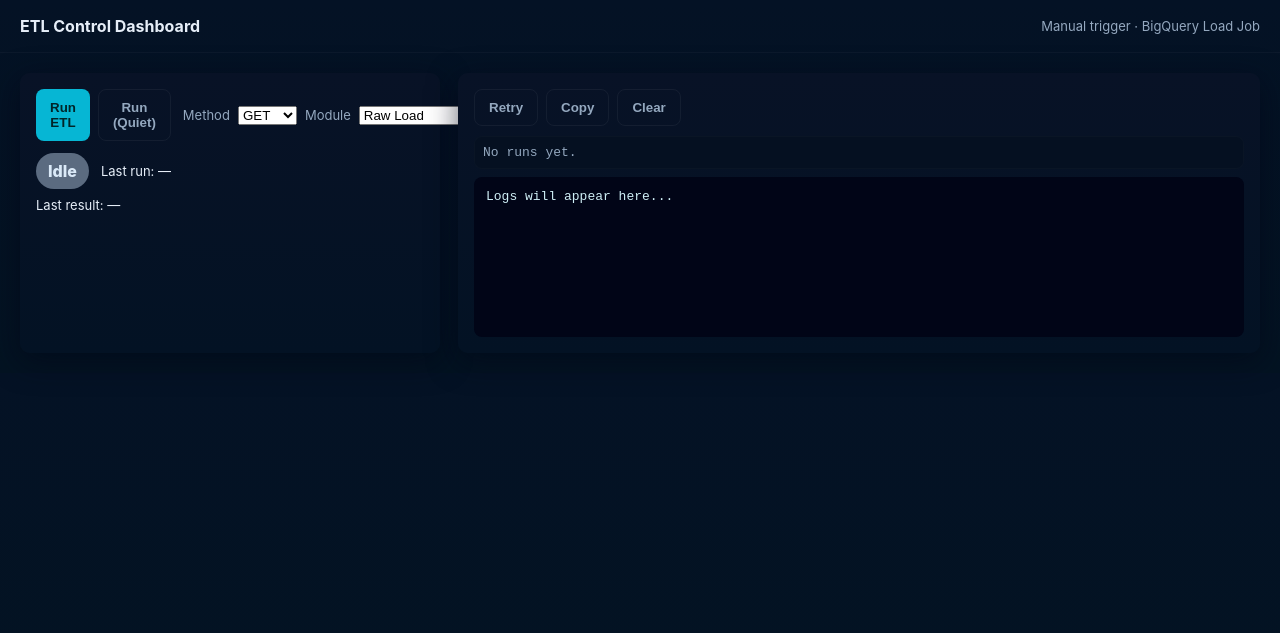
Repository: kbruhadesh/etl_files
Page: public/index.html
These files come from the project's save history. The page is drawn as it stood at one moment and after the next save; the edit follows.
The browser window is 1280 px wide. The pictures show the whole page.

Above is the page before, as saved 2025-11-27 01:28:49.

### public/index.html
<!DOCTYPE html>
<html lang="en">
<head>
  <meta charset="UTF-8" />
  <meta name="viewport" content="width=device-width, initial-scale=1.0" />
  <title>ETL Dashboard</title>
  <link rel="stylesheet" href="style.css" />
</head>

<body>

  <div class="topbar">
    <div class="title">ETL Control Dashboard</div>
    <div class="meta">Manual trigger · BigQuery Load Job</div>
  </div>

  <div class="container">

    <div class="panel">
      <div class="controls">
        <div class="left">
          <button class="btn primary" id="runBtn">Run ETL</button>
          <button class="btn ghost" id="runQuietBtn">Run (Quiet)</button>
        </div>

        <div class="right">
          <label class="small">Method</label>
          <select id="method">
            <option value="GET">GET</option>
            <option value="POST">POST</option>
          </select>

          <!-- ▼ INSERTED MODULE DROPDOWN -->
          <label class="small">Module</label>
          <select id="module">
            <option value="RAW_LOAD">Raw Load</option>
            <option value="TRANSFORM">Transform</option>
            <option value="CLEANING">Cleaning</option>
            <option value="BQ_LOAD">BigQuery Load</option>
            <option value="SUMMARY_REFRESH">Summary Refresh</option>
          </select>
          <!-- ▲ END INSERT -->

          <label class="small">Timeout (sec)</label>
          <input id="timeout" type="number" value="30" />

          <span id="serviceUrlShort"></span>
        </div>
      </div>

      <div class="status-row">
        <span id="statusPill" class="status status-wait">Idle</span>
        <span id="lastRun" class="status-info">Last run: —</span>
      </div>

      <div class="status-info" id="lastResult">Last result: —</div>
    </div>

    <div class="panel">
      <div class="log-actions">
        <button class="btn ghost" id="retryBtn">Retry</button>
        <button class="btn ghost" id="copyLogs">Copy</button>
        <button class="btn ghost" id="clearHistory">Clear</button>
      </div>

      <div class="history" id="historyList"></div>

      <div class="logbox" id="logBox">Logs will appear here...</div>
    </div>

  </div>

  <script src="script.js"></script>

</body>
</html>

### public/style.css
:root{
  --bg:#071022; --card:#081226; --muted:#94a8bf; --accent:#06b6d4;
  --ok:#0c934f; --fail:#aa2230; --wait:#5b6b80;
  font-family: Inter, system-ui, -apple-system, "Segoe UI", Roboto, Arial;
}
*{box-sizing:border-box}
body{margin:0;background:linear-gradient(180deg,#041225 0,#031322 100%);color:#e6eef8}
.topbar{padding:16px 20px;border-bottom:1px solid rgba(255,255,255,0.03);display:flex;justify-content:space-between;align-items:center}
.title{font-weight:700}
.meta{font-size:13px;color:var(--muted)}
.container{display:grid;grid-template-columns:420px 1fr;gap:18px;padding:20px}
.panel{background:linear-gradient(180deg,var(--card),#031224);border-radius:10px;padding:16px;box-shadow:0 8px 30px rgba(2,6,23,0.6)}
.controls{display:flex;justify-content:space-between;align-items:center;gap:12px;margin-bottom:12px}
.btn{padding:10px 14px;border-radius:8px;border:0;cursor:pointer;font-weight:700}
.btn.primary{background:var(--accent);color:#012529}
.btn.ghost{background:transparent;border:1px solid rgba(255,255,255,0.05);color:var(--muted)}
.left{display:flex;gap:8px}
.right{display:flex;gap:8px;align-items:center}
.small{font-size:13px;color:var(--muted)}
.status-row{display:flex;align-items:center;gap:12px;margin:8px 0}
.status{padding:8px 12px;border-radius:999px;font-weight:800}
.status-wait{background:var(--wait);color:#dbeaf8}
.status-ok{background:var(--ok);color:#e7fbef}
.status-fail{background:var(--fail);color:#ffdce0}
.status-info{font-size:13px}
.log-actions{display:flex;gap:8px;margin-bottom:10px}
.history{max-height:240px;overflow:auto;border-radius:8px;background:#051021;padding:8px;border:1px solid rgba(255,255,255,0.02);font-family:monospace;margin-bottom:8px}
.history .item{padding:8px;border-bottom:1px solid rgba(255,255,255,0.02);display:flex;justify-content:space-between;gap:8px;align-items:center}
.logbox{background:#010517;padding:12px;border-radius:8px;min-height:160px;overflow:auto;color:#cfeff6;font-family:monospace;font-size:13px}
.footer{padding:12px 20px;color:var(--muted);font-size:13px}
.muted{color:var(--muted);font-size:13px}

### public/script.js
// ===== CONFIG =====
const CLOUD_RUN_URL = "https://etl-transform-service-564878881238.asia-south1.run.app/";
// ==================

// Get UI elements
const runBtn = document.getElementById("runBtn");
const runQuietBtn = document.getElementById("runQuietBtn");
const retryBtn = document.getElementById("retryBtn");
const statusPill = document.getElementById("statusPill");
const lastRunEl = document.getElementById("lastRun");
const lastResult = document.getElementById("lastResult");
const logBox = document.getElementById("logBox");
const historyList = document.getElementById("historyList");
const copyLogsBtn = document.getElementById("copyLogs");
const clearHistoryBtn = document.getElementById("clearHistory");
const methodEl = document.getElementById("method");

// These two DO NOT exist in your HTML — so we skip them
const timeoutEl = { value: 30 };
const serviceUrlShort = null;

serviceUrlShort && (serviceUrlShort.textContent = CLOUD_RUN_URL.replace(/^https?:\/\//, "").replace(/\/$/, ""));

// Utility
function setStatus(text, cls="status-wait"){ statusPill.textContent = text; statusPill.className = "status " + cls; }
function ts(){ return new Date().toLocaleString(); }

function appendLog(msg){
  logBox.textContent = `[${ts()}] ${msg}\n\n` + logBox.textContent;
}

// History in localStorage
const HISTORY_KEY = "etl_dashboard_history";
function loadHistory(){ return JSON.parse(localStorage.getItem(HISTORY_KEY) || "[]"); }
function saveHistory(h){ localStorage.setItem(HISTORY_KEY, JSON.stringify(h)); }
function addHistory(entry){
  const h = loadHistory();
  h.unshift(entry);
  if(h.length>50) h.pop();
  saveHistory(h);
  renderHistory();
}

function renderHistory(){
  const h = loadHistory();
  historyList.innerHTML = "";
  if(h.length===0){ historyList.innerHTML = `<div class="muted">No runs yet.</div>`; return; }
  h.forEach((it, i) => {
    const div = document.createElement("div");
    div.className = "item";
    div.innerHTML = `<div>
        <div style="font-weight:700">${it.status} · ${it.ts}</div>
        <div class="small">${it.method} · ${it.duration_ms}ms · HTTP ${it.http_status||"-"}</div>
      </div>
      <div>
        <button data-i="${i}" class="btn ghost small view">View</button>
      </div>`;
    historyList.appendChild(div);
  });
  // attach listeners
  [...historyList.querySelectorAll("button.view")].forEach(b=>{
    b.addEventListener("click", (e)=>{
      const idx = Number(e.currentTarget.dataset.i);
      const h = loadHistory()[idx];
      logBox.textContent = `=== Run ${idx} — ${h.ts} ===\nStatus: ${h.status}\nHTTP: ${h.http_status}\nMethod: ${h.method}\nDuration: ${h.duration_ms} ms\n\nResponse:\n${h.body}\n\n` + logBox.textContent;
      lastRunEl.textContent = "Last run: " + h.ts;
      lastResult.textContent = `Last: ${h.status} · HTTP ${h.http_status||"-"}`;
    });
  });
}

// Main trigger
let lastRequest = null;
async function triggerETL({quiet=false, method="GET"}={}){
  try{
    setStatus("Running...", "status-wait");
    appendLog("Triggering ETL...");
    const t = Number(timeoutEl.value || 30) * 1000;
    const controller = new AbortController();
    const id = setTimeout(()=>controller.abort(), t);
    const start = performance.now();

    let res;
    if(method === "GET"){
      res = await fetch(CLOUD_RUN_URL, {method:"GET", signal: controller.signal});
    } else {
      // ---------- UPDATED POST BODY ----------
      res = await fetch(CLOUD_RUN_URL, {
        method:"POST",
        headers: {"Content-Type":"application/json"},
        body: JSON.stringify({
          trigger: "manual",
          module: document.getElementById("module").value,
          ts: Date.now()
        }),
        signal: controller.signal
      });
      // ---------------------------------------
    }

    clearTimeout(id);
    const duration = Math.round(performance.now() - start);
    const text = await res.text().catch(()=>"[non-text-response]");

    const entry = {
      ts: ts(),
      status: res.ok ? "SUCCESS" : "FAILED",
      http_status: res.status,
      method,
      duration_ms: duration,
      body: text
    };
    lastRequest = {method};
    addHistory(entry);

    lastRunEl.textContent = "Last run: " + entry.ts;
    lastResult.textContent = entry.status + " · HTTP " + entry.http_status;

    if(res.ok){
      setStatus("Success", "status-ok");
      appendLog("SUCCESS: HTTP " + res.status + " — " + (text||"(empty)"));
    } else {
      setStatus("Error", "status-fail");
      appendLog("ERROR: HTTP " + res.status + " — " + (text||"(empty)"));
    }
    if(!quiet){
      logBox.textContent = `=== HTTP ${res.status} ===\n${text}\n\n` + logBox.textContent;
    }
  } catch (err){
    setStatus("Failed", "status-fail");
    appendLog("EXCEPTION: " + (err.message||String(err)));
    addHistory({ts:ts(), status:"EXCEPTION", method, duration_ms:0, http_status:null, body:err.message||String(err)});
  }
}

// UI wiring
runBtn.addEventListener("click", ()=> triggerETL({quiet:false, method: methodEl.value}));
runQuietBtn.addEventListener("click", ()=> triggerETL({quiet:true, method: methodEl.value}));
retryBtn.addEventListener("click", ()=> {
  if(lastRequest) triggerETL({quiet:false, method: lastRequest.method});
  else appendLog("No last request to retry.");
});
copyLogsBtn.addEventListener("click", async ()=>{
  try{
    await navigator.clipboard.writeText(logBox.textContent);
    appendLog("Logs copied to clipboard.");
  }catch(e){ appendLog("Copy failed: " + (e.message||e)); }
});
clearHistoryBtn.addEventListener("click", ()=> {
  localStorage.removeItem(HISTORY_KEY);
  renderHistory();
  appendLog("History cleared.");
});

// initial
renderHistory();
setStatus("Idle", "status-wait");
serviceUrlShort && (serviceUrlShort.textContent = CLOUD_RUN_URL.replace(/^https?:\/\//, "").replace(/\/$/, ""));

After the next save:
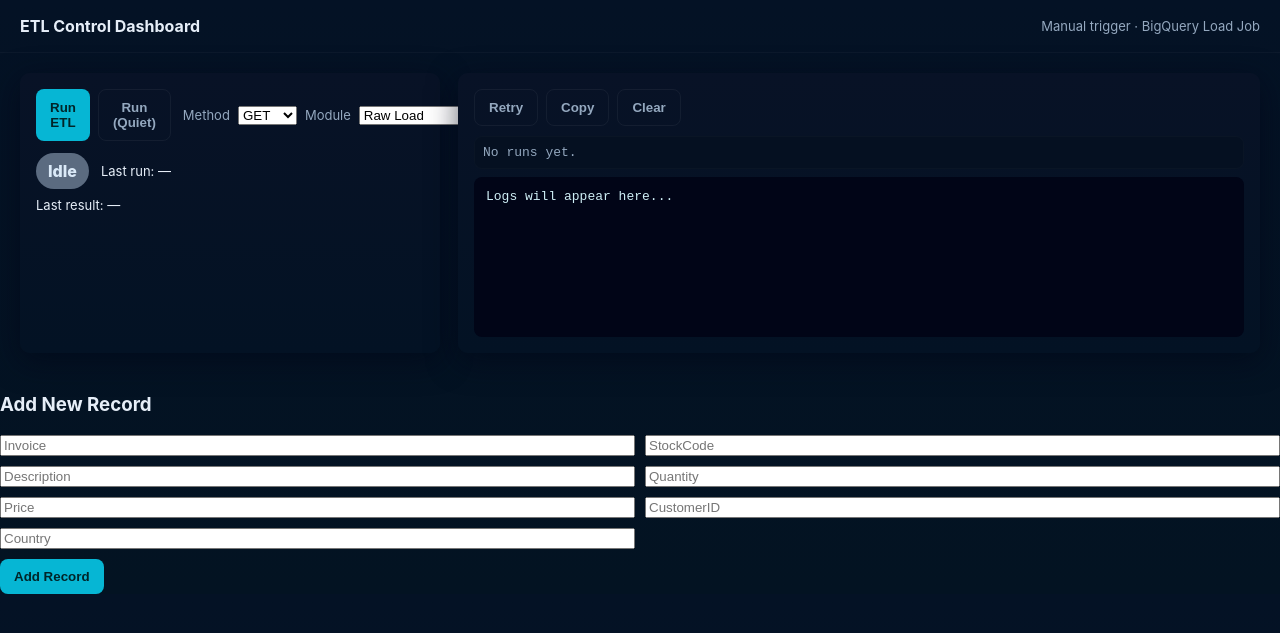
Saved 117 min 8 s later.
--- a/public/index.html
+++ b/public/index.html
@@ -70,6 +70,24 @@
 
   </div>
 
+  <!-- ▼ NEW ADD RECORD SECTION -->
+  <h3 style="margin-top:20px;">Add New Record</h3>
+
+  <div style="display:grid;grid-template-columns:1fr 1fr;gap:10px;margin-top:10px;">
+    <input id="inv" placeholder="Invoice">
+    <input id="stock" placeholder="StockCode">
+    <input id="desc" placeholder="Description">
+    <input id="qty" placeholder="Quantity">
+    <input id="price" placeholder="Price">
+    <input id="cust" placeholder="CustomerID">
+    <input id="country" placeholder="Country">
+  </div>
+
+  <button class="btn primary" id="addRecordBtn" style="margin-top:10px;">
+    Add Record
+  </button>
+  <!-- ▲ END ADD RECORD SECTION -->
+
   <script src="script.js"></script>
 
 </body>
